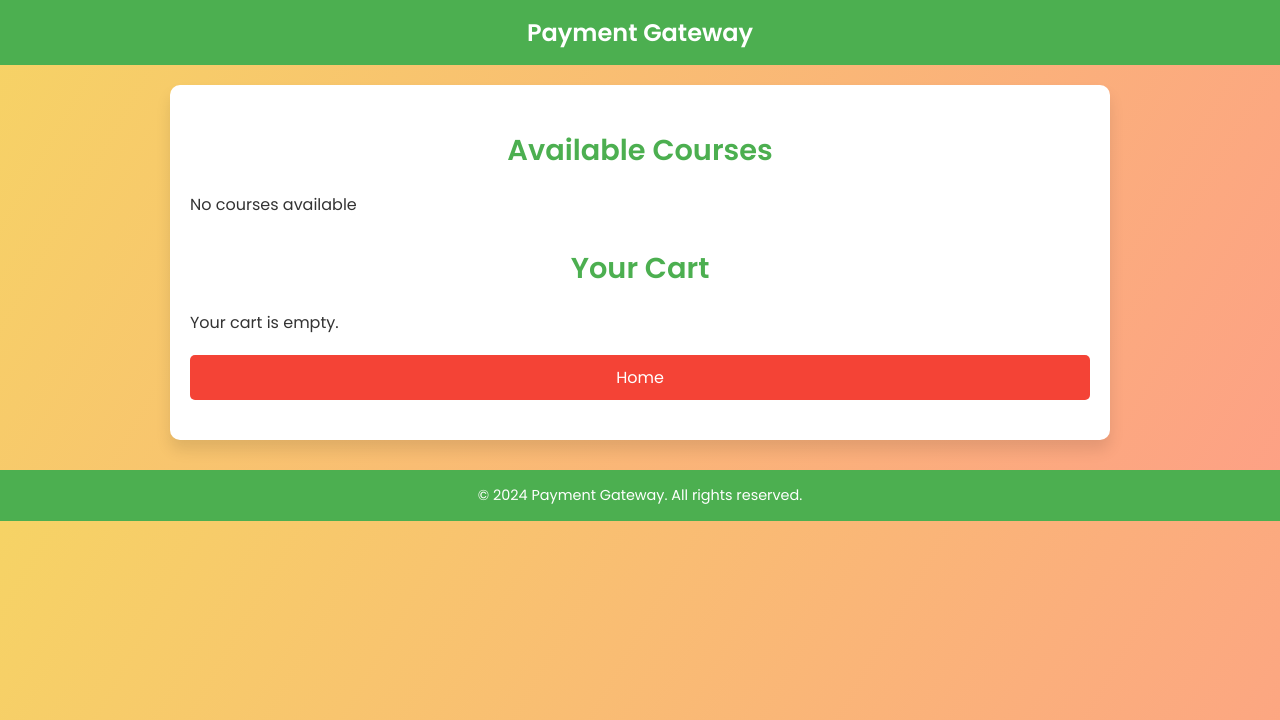
Repository: Syed1818/project
Page: http://localhost/payment_gateway.php
An editor plug-in stored every save of this project. The page is shown before and after the next save, followed by the edit.
The browser window is 1280 px wide. The pictures show the whole page.
The page is run by PHP 8.4 with error messages shown; the project is at /var/www/html/. The session is filled in as if someone had signed in: {"user_id": 1}. Queries for data that is not in the repository find no rows.

Above is the page before, as saved 2024-12-07 10:03:13.

After the next save:
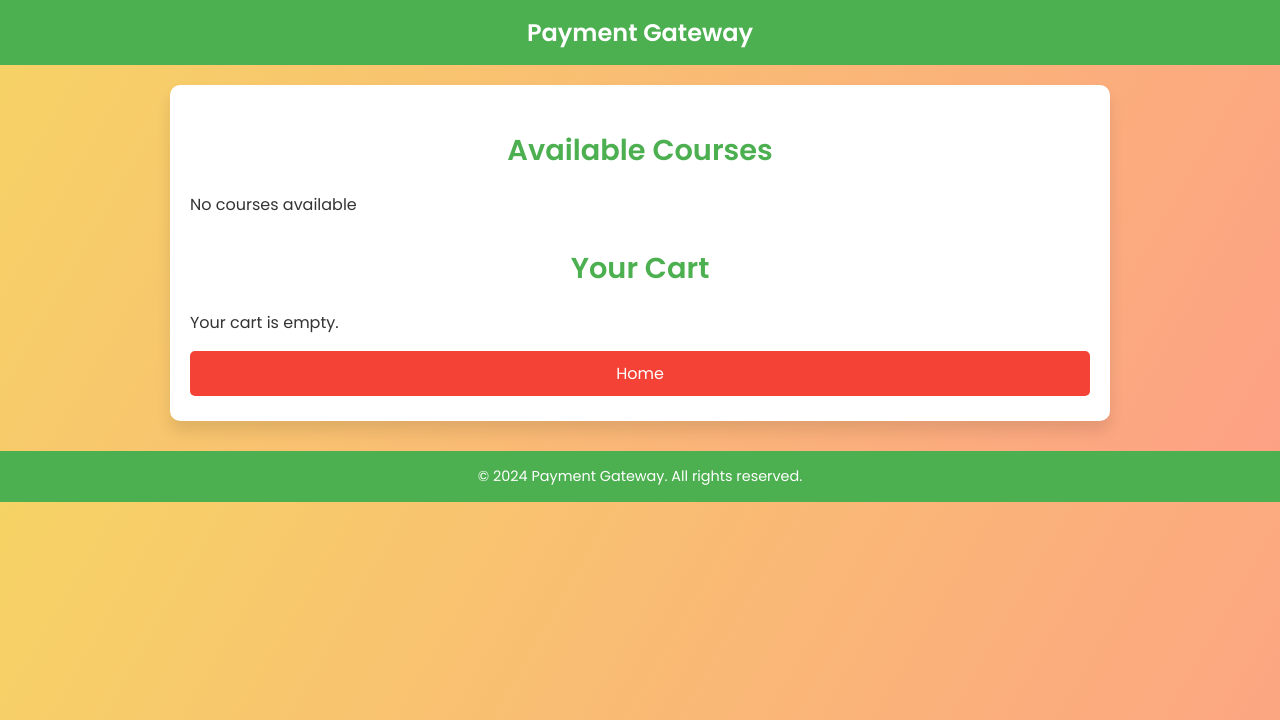
Saved 36 s later.
--- a/payment_gateway.php
+++ b/payment_gateway.php
@@ -183,7 +183,7 @@ $result = $conn->query($sql);
 
         .home-button {
             display: block;
-            margin: 20px auto;
+            margin: 5px auto;
             background-color: #f44336;
             color: white;
             padding: 10px 20px;
